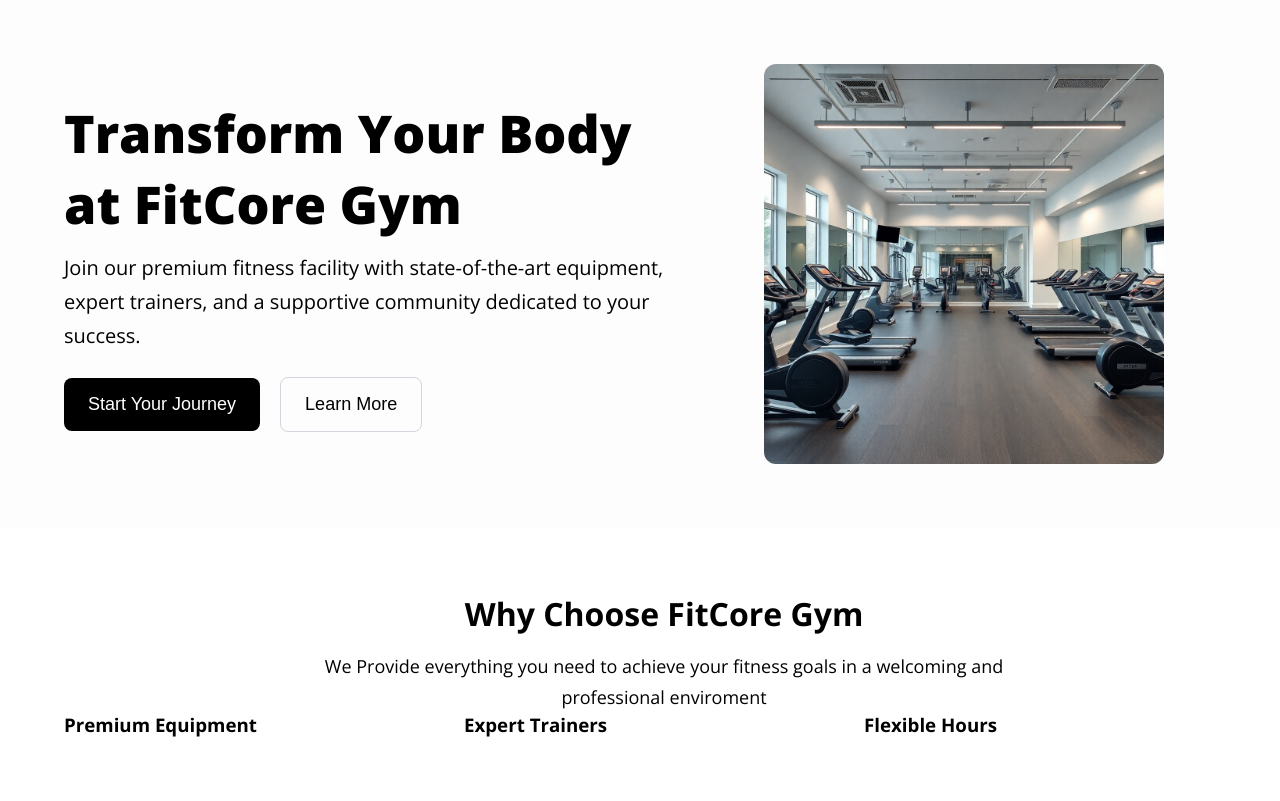
Repository: abdobadawi-ops/Route-Academy-Assignments
Page: Secon Assignment - fit-core-gym/index.html
An editor plug-in stored every save of this project. The page is shown before and after a run of saves, followed by the edit.
The browser window is 1280 px wide. The pictures show the whole page.

Above is the page before, as saved 2026-04-28 12:46:25.

### Secon Assignment - fit-core-gym/index.html
<!doctype html>
<html lang="en">
  <head>
    <meta charset="UTF-8" />
    <meta name="viewport" content="width=device-width, initial-scale=1.0" />
    <title>FitCore Gym | Assignment 2</title>
    <link rel="shortcut icon" href="./imgs/favicon.png" type="image/x-icon" />
    <link rel="preconnect" href="https://fonts.googleapis.com" />
    <link rel="preconnect" href="https://fonts.gstatic.com" crossorigin />
    <link
      href="https://fonts.googleapis.com/css2?family=Open+Sans:ital,wght@0,300..800;1,300..800&display=swap"
      rel="stylesheet"
    />
    <link rel="stylesheet" href="./style.css" />
  </head>
  <body>
    <header>
      <div class="container grid-2-cols">
        <div class="left">
          <h1>Transform Your Body at FitCore Gym</h1>
          <p>
            Join our premium fitness facility with state-of-the-art equipment,
            expert trainers, and a supportive community dedicated to your
            success.
          </p>
          <div class="buttons">
            <button class="btn btn--main">Start Your Journey</button>
            <button class="btn btn--alt">Learn More</button>
          </div>
        </div>
        <img src="./imgs/hero-section-img.png" alt="fitcore gym" />
      </div>
    </header>
    <section>
      <div class="container">
        <div class="section-heading">
          <h2>Why Choose FitCore Gym</h2>
          <p>
            We Provide everything you need to achieve your fitness goals in a
            welcoming and professional enviroment
          </p>
        </div>
        <div class="features grid-3-cols">
          <div class="feat">
            <div></div>
            <h3>Premium Equipment</h3>
            <p></p>
          </div>
          <div class="feat">
            <div></div>
            <h3>Expert Trainers</h3>
            <p></p>
          </div>
          <div class="feat">
            <div></div>
            <h3>Flexible Hours</h3>
            <p></p>
          </div>
        </div>
      </div>
    </section>
  </body>
</html>

### Secon Assignment - fit-core-gym/style.css
/* variables */
:root {
  --main-color: #000;
  --section-color: oklch(98.5% 0.002 247.839);
}

/* global rules */
* {
  box-sizing: border-box;
  margin: 0;
  padding: 0;
}

body {
  font-family: "Open Sans", sans-serif;
}

.container {
  width: 1200px;
  margin-inline: auto;
}

/* components */
.grid-2-cols {
  display: grid;
  grid-template-columns: repeat(2, 1fr);
  align-items: center;
}

.grid-3-cols {
  display: grid;
  grid-template-columns: repeat(3, 1fr);
}

.section-heading {
  text-align: center;
  width: 700px;
  margin-inline: auto;

  h2 {
    font-size: 32px;
    margin-bottom: 16px;
  }

  p {
    font-size: 18px;
    line-height: 1.7;
  }
}

/* header */

header {
  background-color: #fdfdfe;
  padding: 64px;
  & h1 {
    font-size: 52px;
    font-weight: 900;
  }

  p {
    font-size: 20px;
    line-height: 1.7;
    margin-top: 12px;
    margin-bottom: 24px;
  }

  .btn {
    background: none;
    border: none;
    font-size: 18px;
    color: #fff;
    padding: 16px 24px;
    border-radius: 8px;
    cursor: pointer;
  }

  .buttons {
    display: flex;
    align-items: center;
    gap: 20px;
  }

  .btn--main {
    background-color: var(--main-color);
  }

  .btn--alt {
    background-color: #fdfdfe;
    color: #000;
    border: 1px solid #d1d5dc;
  }

  img {
    width: 400px;
    justify-self: center;
    border-radius: 12px;
  }
}

section {
  padding: 64px;
}

After the next 2 saves:
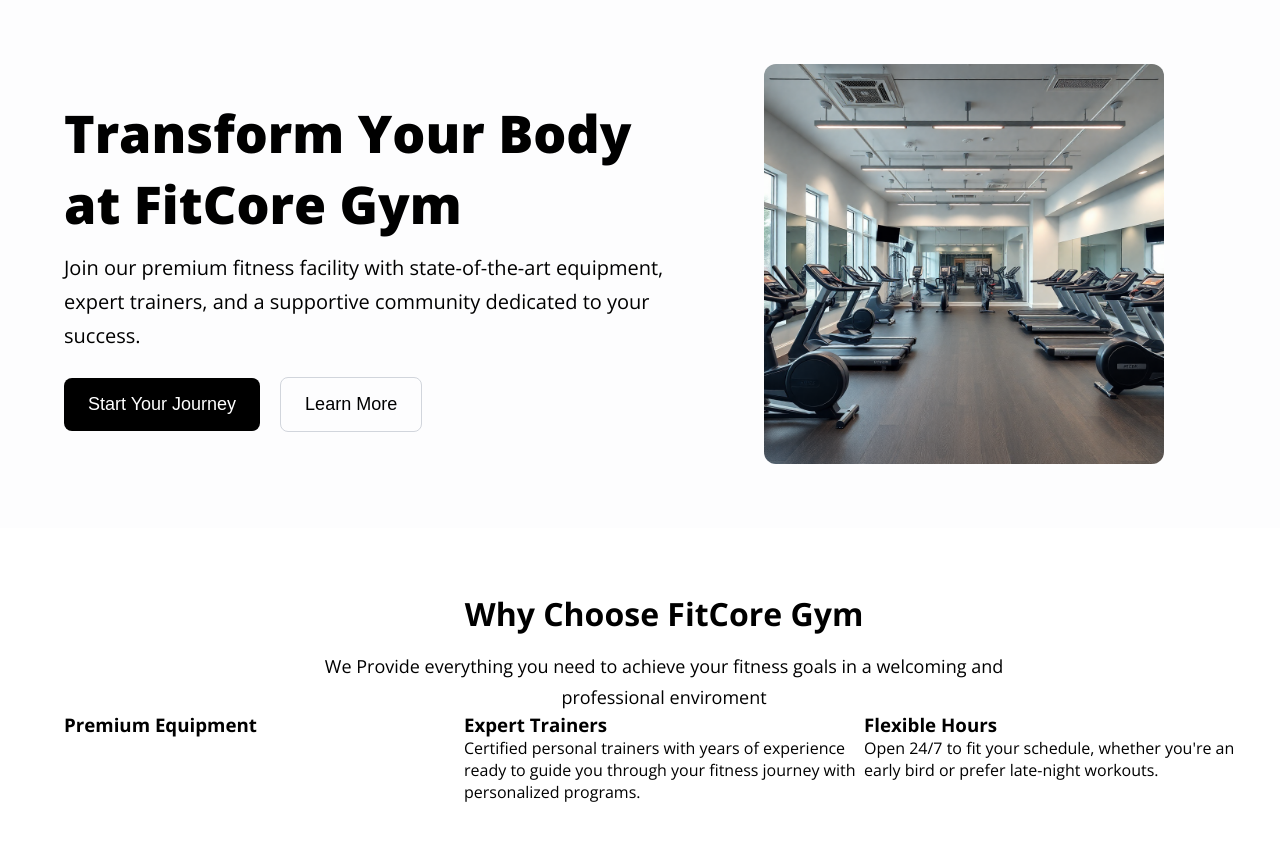
The 2 saves are shown as one change because they came seconds apart.
The last was saved 8 s later.
--- a/Secon Assignment - fit-core-gym/index.html
+++ b/Secon Assignment - fit-core-gym/index.html
@@ -49,12 +49,18 @@
           <div class="feat">
             <div></div>
             <h3>Expert Trainers</h3>
-            <p></p>
+            <p>
+              Certified personal trainers with years of experience ready to
+              guide you through your fitness journey with personalized programs.
+            </p>
           </div>
           <div class="feat">
             <div></div>
             <h3>Flexible Hours</h3>
-            <p></p>
+            <p>
+              Open 24/7 to fit your schedule, whether you're an early bird or
+              prefer late-night workouts.
+            </p>
           </div>
         </div>
       </div>
